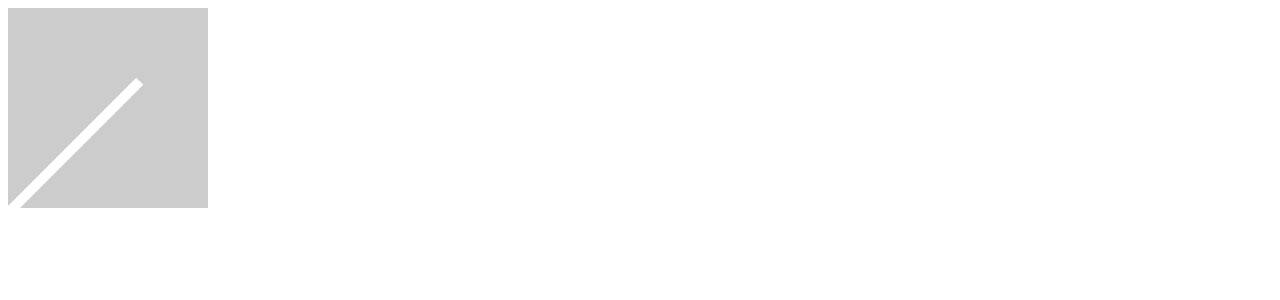
Repository: yaoxin1996/All-kinds-of-practice
Page: html/index.html
These files come from the project's save history. The page is drawn as it stood at one moment and after a run of saves; the edit follows.
The browser window is 1280 px wide. The pictures show the whole page.

Above is the page before, as saved 2022-05-22 10:05:26.

### html/index.html
<!DOCTYPE html>
<html lang="en">
<head>
  <meta charset="UTF-8">
  <meta http-equiv="X-UA-Compatible" content="IE=edge">
  <meta name="viewport" content="width=device-width, initial-scale=1.0">
  <title>Document</title>
</head>
<style>
  .box {

  }
  .inner {
    width: 200px;
    height: 200px;
    background: #ccc;
    position: relative;
  }
  .inner::after {
    content: '';
    width: 10px;
    height: 500px;
    transform: rotate(45deg);
    background-color: #fff;
    position: absolute;
    top: 0px;
    left: -50px;
  }
  .box:hover .inner::after{
    left: 300px;
  }

</style>
<body>
  <div class="box">
    <div class="inner"></div>
  </div>
</body>
</html>

After the next 3 saves:
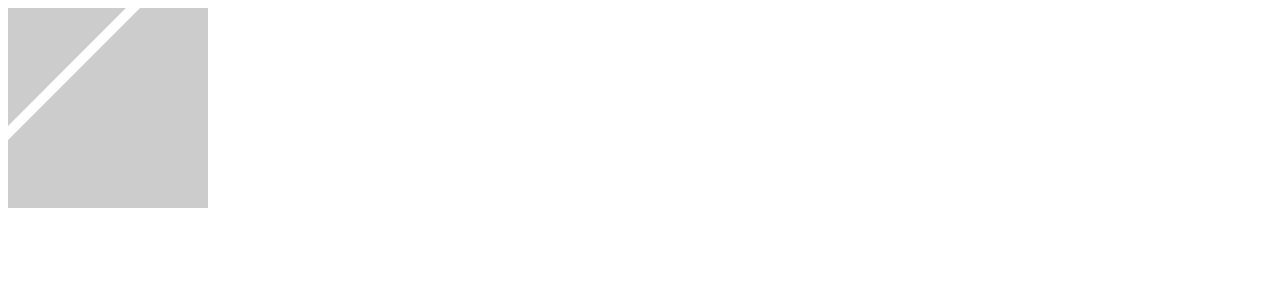
The 3 saves are shown as one change because they came seconds apart.
The last was saved 11 s later.
--- a/html/index.html
+++ b/html/index.html
@@ -23,7 +23,7 @@
     transform: rotate(45deg);
     background-color: #fff;
     position: absolute;
-    top: 0px;
+    top: -80px;
     left: -50px;
   }
   .box:hover .inner::after{
